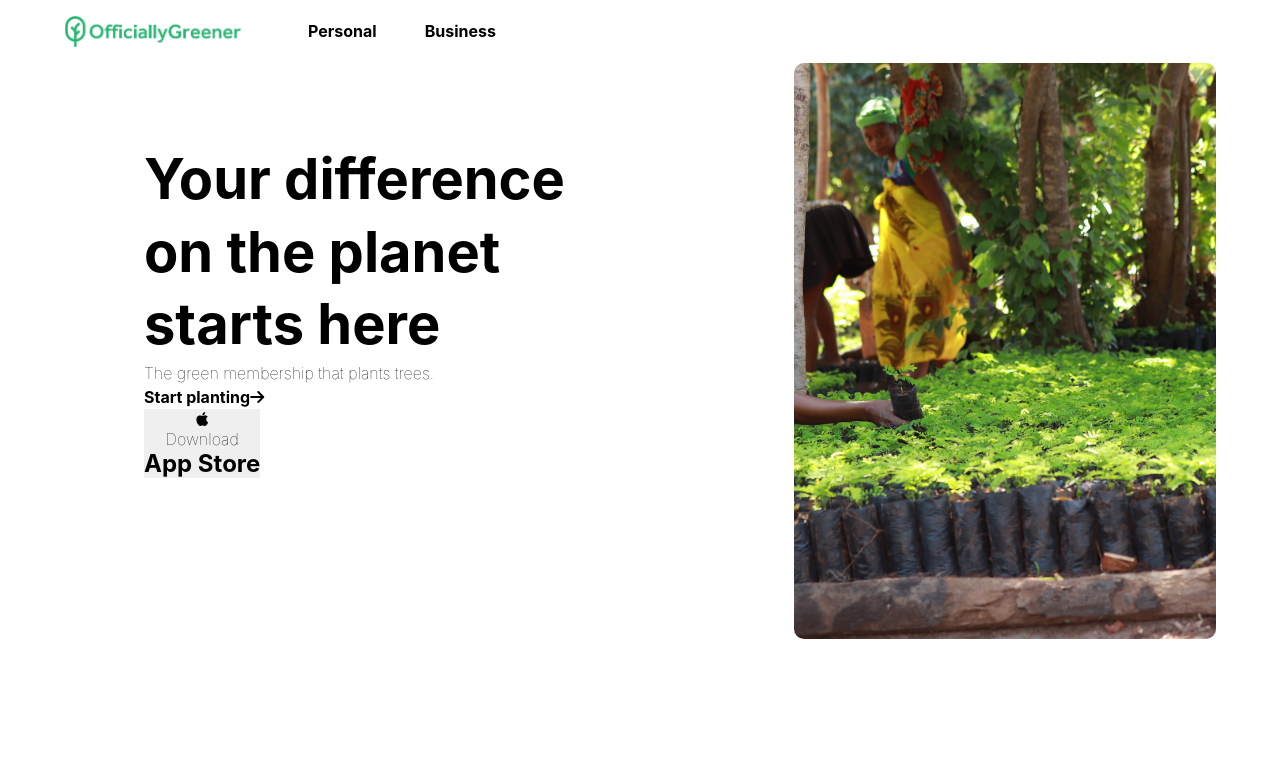
Repository: Sinkycode/Officially-Greener-v2
Page: index.html
The author's editor kept a copy of each file at every save. The page is drawn from the files as they stood at one save, then again after the next save.
The browser window is 1280 px wide. The pictures show the whole page.
Some web libraries are served in a nearby version.

Above is the page before, as saved 2023-03-08 15:31:35.

### index.html
<!DOCTYPE html>
<html lang="en">
<head>
  <meta charset="UTF-8">
  <meta http-equiv="X-UA-Compatible" content="IE=edge">
  <meta name="viewport" content="width=device-width, initial-scale=1.0">
  <link rel="stylesheet" href="https://cdnjs.cloudflare.com/ajax/libs/font-awesome/6.3.0/css/all.min.css" integrity="sha512-SzlrxWUlpfuzQ+pcUCosxcglQRNAq/DZjVsC0lE40xsADsfeQoEypE+enwcOiGjk/bSuGGKHEyjSoQ1zVisanQ==" crossorigin="anonymous" referrerpolicy="no-referrer" />

  <link rel="stylesheet" href="style.css">
  <title>Officially Greener</title>
</head>
<body>
  <header>
    <div class="mobile">
      <img src="Logo/Officially Greener Transparent background.png" alt="" class="primary-logo logo">
      <i class="fa-sharp fa-solid fa-bars"></i>
    </div>

    <div class="desktop">
      <img src="Logo/Officially Greener Transparent background.png" alt="" class="primary-logo logo">
      <ul class="primary-nav">
        <li><a href="http://">Personal</a></li>
        <li><a href="http://">Business</a></li>
      </ul>
    </div>

  </header>

  <section id="landing-page">
   <div class="container">
    <div class="landing-page__image">
      <img src="Images/Magagascar.jpg" alt="">
    </div>
    <div class="landing-page__context">
     <div class="texts">
      <h1 class="big-txt">Your difference on the planet starts here</h1>
      <p class="gray-para">The green membership that plants trees.</p>
      <a href="#" class="simple-link">Start planting<i class="fa-sharp fa-solid fa-arrow-right"></i></a>
     </div>
     <button class="apple-btn">
      <i class="fa-brands fa-apple"></i>
      <div class="wrap">
        <p>Download</p>
        <h1>App Store</h1>
      </div>
     </button>
    </div>
   </div>
  </section>
  <section id="note"></section>
  <section id="personal"></section>
</body>
</html>

### style.css
:root {
  --neutral-100: hsl(0, 0%, 100%);
  --neutral-200: hsl(0, 0%, 80%);
  --neutral-400: hsl(0, 0%, 40%);
  --neutral-600: hsl(0, 0%, 20%);
  --neutral-800: hsl(0, 0%, 0%);

  --accent: hsl(153, 68%, 42%);

  --txt-size-200: .8rem;
  --txt-size-400: 1rem;
  --txt-size-500: 2rem;
  --txt-size-600: 3rem;
  --txt-size-800: 3.5rem;

}

*, *::after, *::before {
  box-sizing: border-box;
  margin: 0;
  padding: 0;
}

html, body {
  font-family: -apple-system, BlinkMacSystemFont, Segoe UI, Roboto, Oxygen, Ubuntu, Cantarell, Fira Sans, Droid Sans, Helvetica Neue, sans-serif;
  scroll-behavior: smooth;
  overflow-x: hidden;
}

body {
  line-height: 1.5;
  font-size: 16px;
}

/* CUSTOMIZATION */
img {
  max-width: 100%;
  display: block;
}

button, input {
  outline: none;
  border: none;
  /* background: transparent; */
  font-family: inherit;
  font-size: inherit;
  color: inherit;
}

ul, p {
  margin: 0;
  list-style: none;
  font-weight: 2

}

a {
  text-decoration: none;
  color: inherit;
  font-weight: bold;
}

h1,h2,h3 {
  margin: 0;
}

.container {
  max-width: 90%;
  margin: 0 auto;
}

.logo {
  width: clamp(180px, 1rem + 10vw, 300px);
}

.mobile {
  display: none;
}

.desktop {
  display: flex;
  align-items: center;
  gap: 4rem;
  padding-block: 1rem;
  padding-inline-start: 4rem;
  width: 50%;
}

.primary-nav {
  display: flex;
  gap: 3rem;
}

.big-txt {
  font-size: var(--txt-size-800);
}

/* ========= landign page ========= */
#landing-page {
  /* border: 3px solid black; */
  height: 100vh;
}

#landing-page .container {
  display: flex;
  gap: 1rem;
  height: 100%;
  /* border: 1px solid red; */
}

@media (min-width: 768px) {
  .landing-page__context {
    order: 1;
    margin-left: 5rem;
    margin-top: 5rem;
  }

  .landing-page__image {
    order: 2;
  }
}

.landing-page__context {
  max-width: 55%;
}

.landing-page__context .big-txt {
  /* border: 1px solid red; */
  max-width: 70%;
  line-height: 1.3;
}

.landing-page__image {
  width: 50%;
  height: 80%;
  border-radius: 10px;
  overflow: hidden;
}

.landing-page__image img {
  height: 100%;
  object-fit: cover;
}

After the next save:
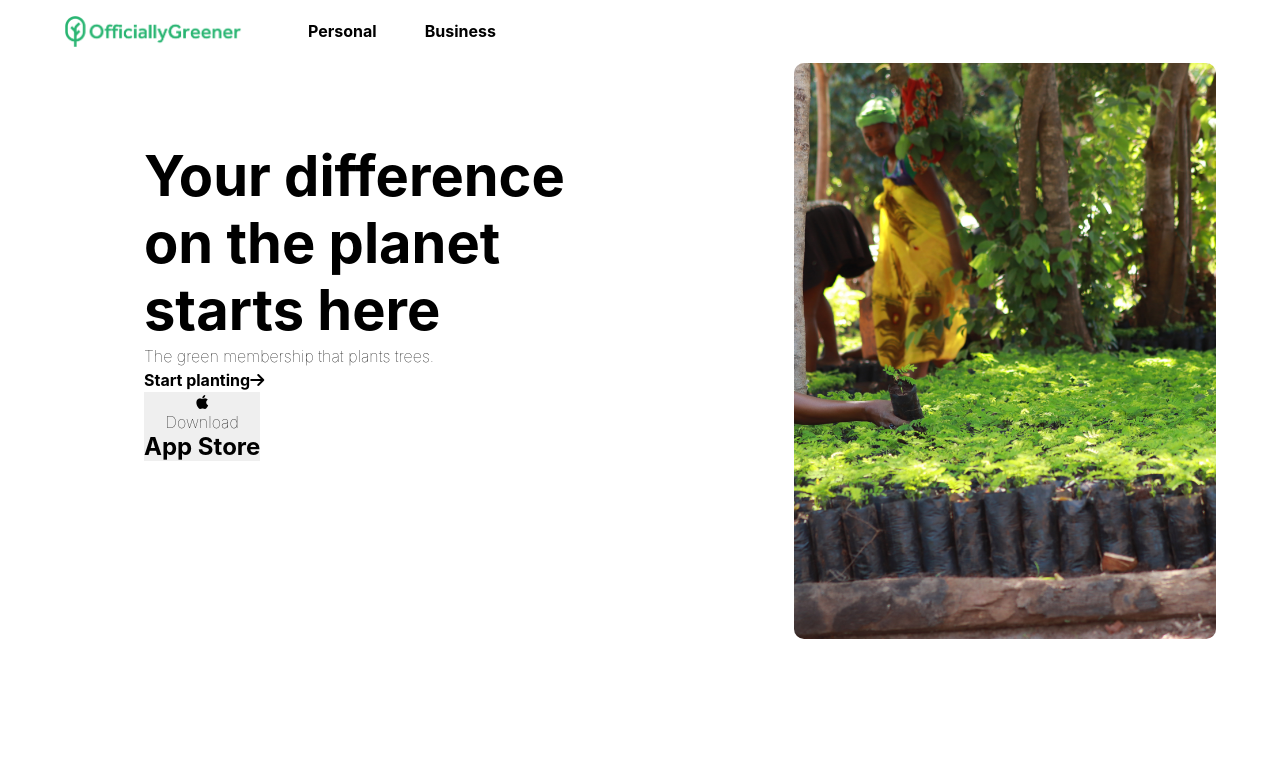
Saved 18 s later.
--- a/style.css
+++ b/style.css
@@ -127,7 +127,7 @@
 .landing-page__context .big-txt {
   /* border: 1px solid red; */
   max-width: 70%;
-  line-height: 1.3;
+  line-height: 1.2;
 }
 
 .landing-page__image {
